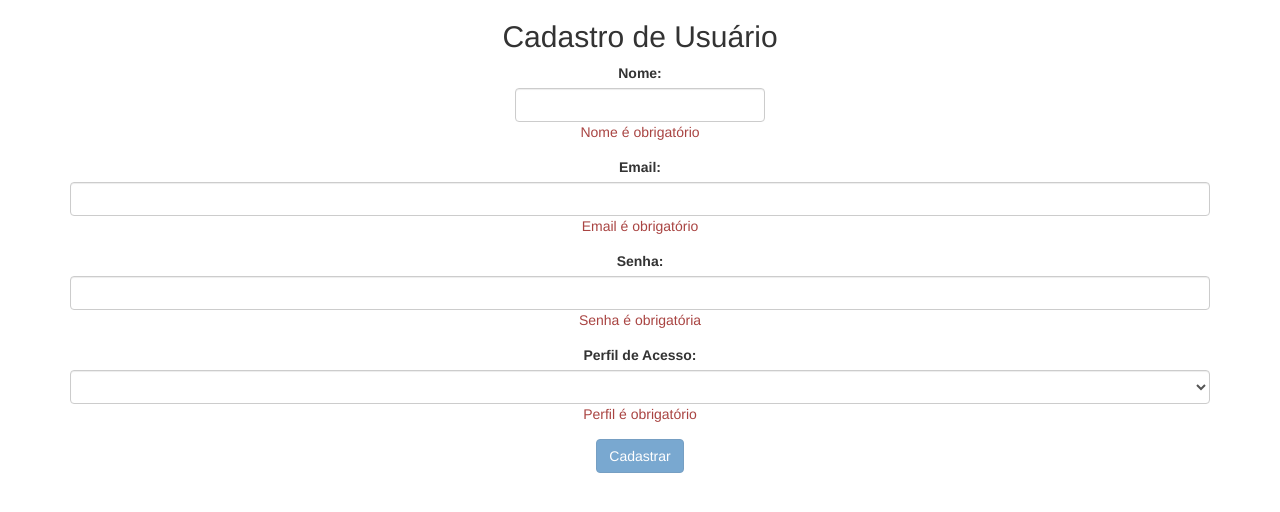
Repository: AndersonSchinemann/ProjetoSaas
Page: TopData/src/main/resources/static/views/cadastro.html
These files come from the project's save history. The page is drawn as it stood at one moment and after the next save; the edit follows.
The browser window is 1280 px wide. The pictures show the whole page.

Above is the page before, as saved 2023-11-13 15:10:49.

After the next save:
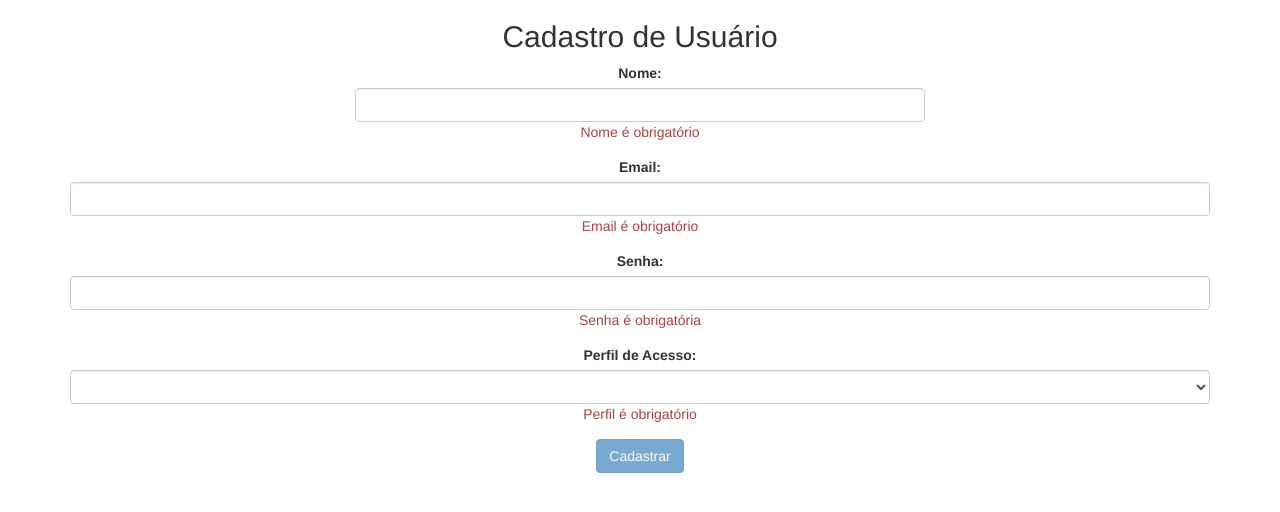
Saved 19 s later.
--- a/TopData/src/main/resources/static/views/cadastro.html
+++ b/TopData/src/main/resources/static/views/cadastro.html
@@ -8,7 +8,7 @@
 <style>
   /* Adicione um estilo personalizado para ajustar a largura dos inputs */
   .custom-width-input {
-    width: 250px; /* Largura desejada */
+    width: 50%; /* Largura desejada */
     margin: auto; /* Para centralizar horizontalmente */
   }
 </style>
